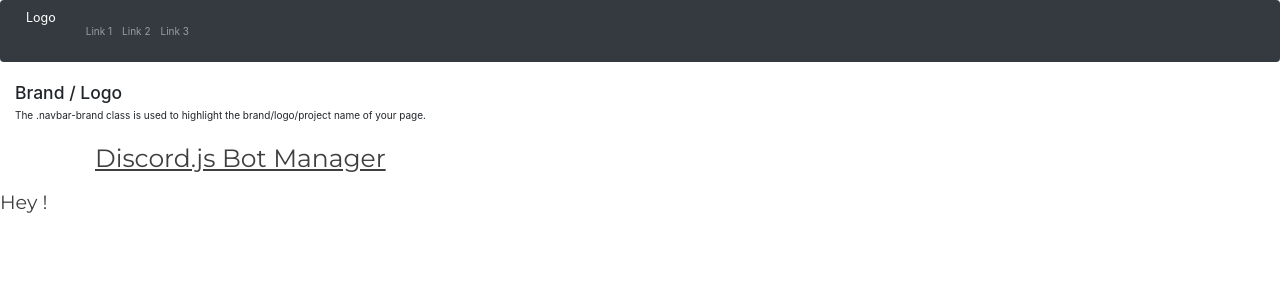
Repository: O-Schell/Discord-Bot-Manager
Page: Web_Interface/main.HTML
An editor plug-in stored every save of this project. The page is shown before and after the next save, followed by the edit.
The browser window is 1280 px wide. The pictures show the whole page.
The style sheet was rebuilt from its Sass, Less or Tailwind sources for each picture, by a compiler version that may differ from the author's.

Above is the page before, as saved 2020-11-24 20:53:58.

### Web_Interface/main.HTML
<!DOCTYPE html>
<html lang="fr">

<head>
  <meta charset="utf-8" />
  <title>Bot Manager</title>
  <link rel="stylesheet" href="style.css" />
  <link rel="stylesheet" href="https://maxcdn.bootstrapcdn.com/bootstrap/4.5.2/css/bootstrap.min.css">
  <script src="https://ajax.googleapis.com/ajax/libs/jquery/3.5.1/jquery.min.js"></script>
  <script src="https://cdnjs.cloudflare.com/ajax/libs/popper.js/1.16.0/umd/popper.min.js"></script>
  <script src="https://maxcdn.bootstrapcdn.com/bootstrap/4.5.2/js/bootstrap.min.js"></script>
  <!--<script src="script.js"></script>-->
</head>



<body>

  <nav class="navbar navbar-expand-sm bg-dark navbar-dark">
    <!-- Brand/logo -->
    <a class="navbar-brand" href="#">Logo</a>

    <!-- Links -->
    <ul class="navbar-nav">
      <li class="nav-item">
        <a class="nav-link" href="#">Link 1</a>
      </li>
      <li class="nav-item">
        <a class="nav-link" href="#">Link 2</a>
      </li>
      <li class="nav-item">
        <a class="nav-link" href="#">Link 3</a>
      </li>
    </ul>
  </nav>

  <div class="container-fluid">
    <h3>Brand / Logo</h3>
    <p>The .navbar-brand class is used to highlight the brand/logo/project name of your page.</p>
  </div>

  <div class="container">
    <div>
      <h1><u>Discord.js Bot Manager</u></h1>
    </div>
  </div>
  <p1>Hey !</p1>
</body>

</html>

### Web_Interface/style.scss
@import url("https://fonts.googleapis.com/css?family=Montserrat:400,700&display=swap");
@import url("https://unpkg.com/bootstrap@3.3.7/dist/css/bootstrap.min.css");

$mainC: #f1f3f6;
$secC: #9dabc0;

body {
  background: $mainC;
}

h1 {
  padding: 10px 10px;
  font-size: 3vw;
  width: max-content;
  font-family: "Montserrat";
  color: #3f3f3f;
}
p1 {
  font-size: 1.5vw;
  width: max-content;
  font-family: "Montserrat";
  color: #3f3f3f;
}

After the next save:
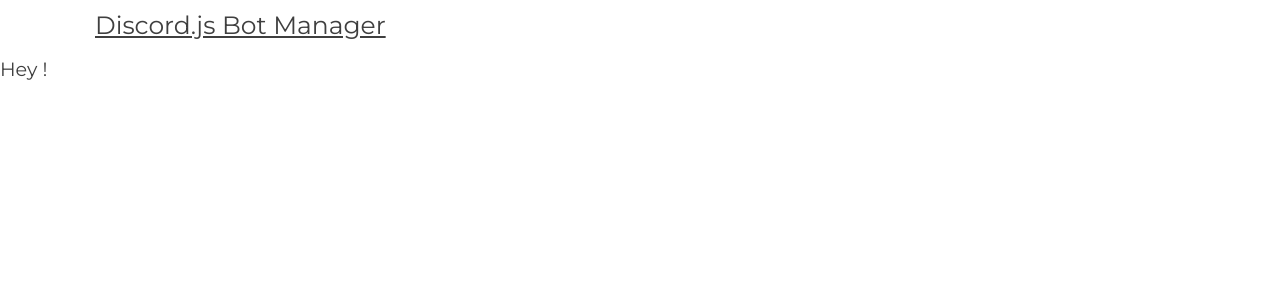
Saved 42 s later.
--- a/Web_Interface/main.HTML
+++ b/Web_Interface/main.HTML
@@ -15,30 +15,6 @@
 
 
 <body>
-
-  <nav class="navbar navbar-expand-sm bg-dark navbar-dark">
-    <!-- Brand/logo -->
-    <a class="navbar-brand" href="#">Logo</a>
-
-    <!-- Links -->
-    <ul class="navbar-nav">
-      <li class="nav-item">
-        <a class="nav-link" href="#">Link 1</a>
-      </li>
-      <li class="nav-item">
-        <a class="nav-link" href="#">Link 2</a>
-      </li>
-      <li class="nav-item">
-        <a class="nav-link" href="#">Link 3</a>
-      </li>
-    </ul>
-  </nav>
-
-  <div class="container-fluid">
-    <h3>Brand / Logo</h3>
-    <p>The .navbar-brand class is used to highlight the brand/logo/project name of your page.</p>
-  </div>
-
   <div class="container">
     <div>
       <h1><u>Discord.js Bot Manager</u></h1>
